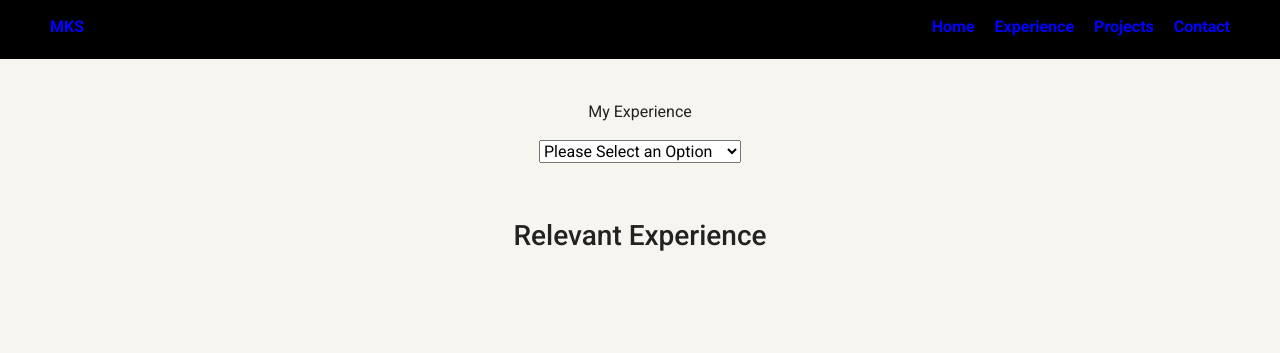
Repository: mskurnickcode/coupleDo
Page: ubuntu/pset8/homepage/experience.html
The author's editor kept a record of every edit. The page is drawn from the files as they stood at one moment, then again after the next edit.
The browser window is 1280 px wide. The pictures show the whole page.
Some web fonts or font styles are not loaded; a fallback is used.

Above is the page before.
Console error: TypeError: Cannot read properties of null (reading 'value')

After the next edit:
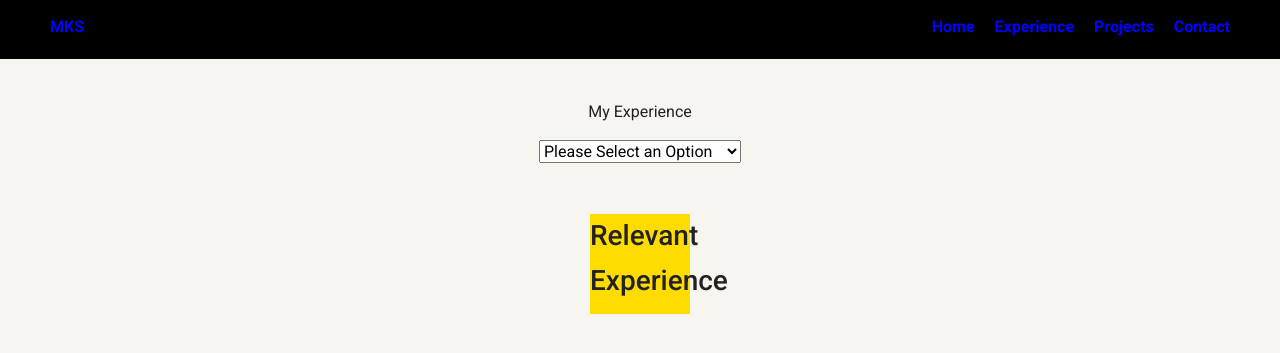
The edit:
--- a/ubuntu/pset8/homepage/styles.css
+++ b/ubuntu/pset8/homepage/styles.css
@@ -251,7 +251,7 @@
   padding-top: 100px ;
 }
 
-experience {
+.experience {
  background-color: #FFDC00;
   width: 100px;
   height: 100px;
